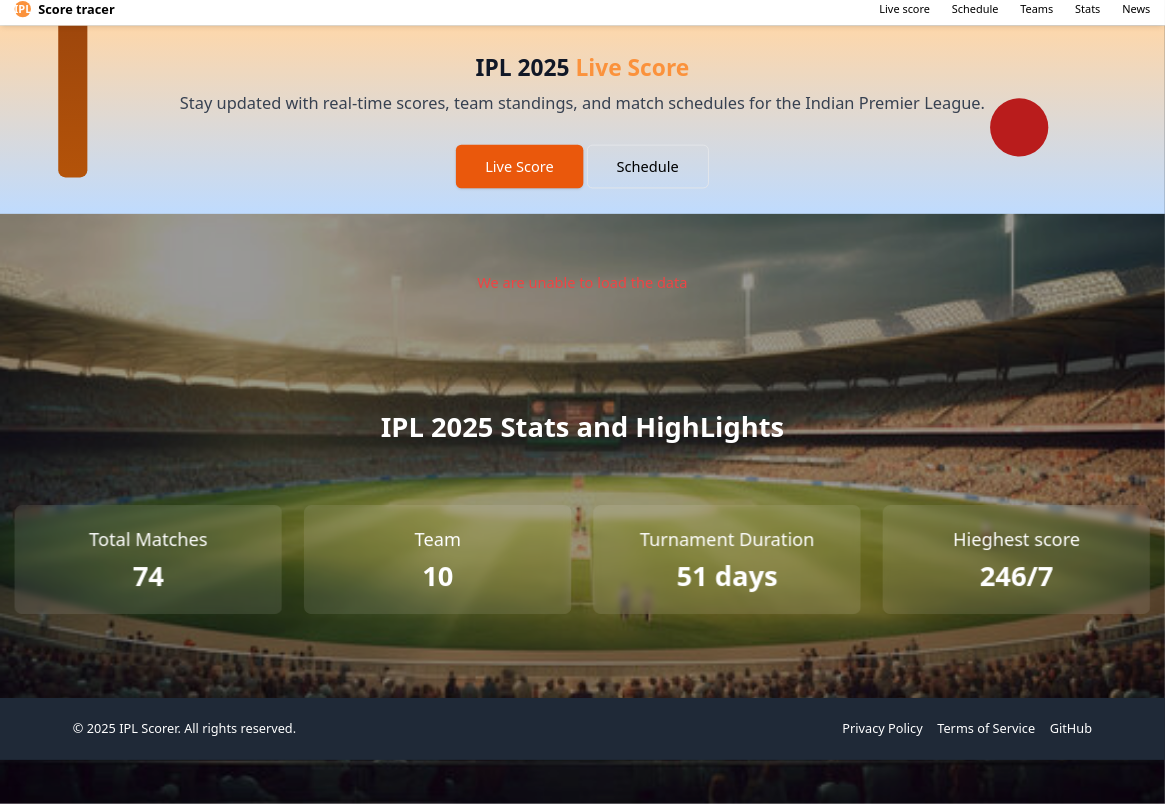
Repository: GauraVPandeyyy/IPL_PointsTable
Page: /
The author's editor kept a copy of each file at every save. The page is drawn from the files as they stood at one save, then again after the next save.
The browser window is 1280 px wide. The pictures show the whole page, at 91% of full size.
The page's requests for data from a server got no answer. Backgrounds fixed to the window are drawn as part of the page. Some web libraries are served in a nearby version. The project was rebuilt for these pictures with package versions that can differ from the ones it lists, and the page was loaded fresh each time. No one was signed in, and anything a server would have sent is missing. Also part of the build but not shown: vite.config.js.

Above is the page before, as saved 2025-04-18 16:05:54.

### index.html
<head>
    <meta charset="utf-8">
    <meta name="viewport" content="width=device-width, initial-scale=1, shrink-to-fit=no">
    <meta name="theme-color" content="#000000">
    <script src="https://cdn.tailwindcss.com"></script>
    <!--
      manifest.json provides metadata used when your web app is added to the
      homescreen on Android. See https://developers.google.com/web/fundamentals/engage-and-retain/web-app-manifest/
    -->


    <!--
      Notice the use of %PUBLIC_URL% in the tags above.
      It will be replaced with the URL of the `public` folder during the build.
      Only files inside the `public` folder can be referenced from the HTML.

      Unlike "/favicon.ico" or "favicon.ico", "%PUBLIC_URL%/favicon.ico" will
      work correctly both with client-side routing and a non-root public URL.
      Learn how to configure a non-root public URL by running `npm run build`.
    -->
    <title>React App</title>
  </head>

  <body>
    <noscript> You need to enable JavaScript to run this app. </noscript>
    <div id="root"></div>
    <!--
      This HTML file is a template.
      If you open it directly in the browser, you will see an empty page.

      You can add webfonts, meta tags, or analytics to this file.
      The build step will place the bundled scripts into the <body> tag.

      To begin the development, run `npm start` or `yarn start`.
      To create a production bundle, use `npm run build` or `yarn build`.
    -->


<script type="module" src="/src/index.jsx"></script></body>

### src/App.jsx
import "./styles.css";
import Header from "./components/Header";
import HomePage from "./page/HomePage";
import { BrowserRouter as Router, Routes, Route } from "react-router-dom";
export default function App() {
  return (
    <Router>
      <Header />
      <div className="flex flex-col min-h-screen">
        <Routes>
          <Route path="/" element={<HomePage />} />
          <Route path="/test" element={<HomePage />} />
        </Routes>
      </div>
    </Router>
  );
}

### src/components/Header.jsx
import React from "react";
import { Link } from "react-router-dom";
import { useState } from "react";
import { Menu, X } from "lucide-react";
export default function Header() {
  const [isopen, setIsOpen] = useState(false);
  const link = [
    { name: "Live score", path: "/live-score" },
    { name: "Schedule", path: "/schedule" },
    { name: "Teams", path: "/teams" },
    { name: "Stats", path: "/stats" },
    { name: "News", path: "/news" },
  ];
  const toggleMenu = () => {
    setIsOpen(!isopen);
  };
  return (
    <div className="sticky h-7 top-0 z-50 bg-white shadow-md">
      <div className="container mx-auto px-4">
        {/* Logo */}
        <div className="flex items-center justify-between h-[20px]">
          <Link className="flex items-center space-x-2">
            <div className="h-[18px] w-[18px] bg-orange-400 rounded-full flex items-center justify-center">
              <span className="text-[12px] text-white font-bold">IPL</span>
            </div>
            <span className="text-black font-bold text-sm">Score tracer</span>
          </Link>

          {/* Desktop */}
          <div className="hidden md:flex space-x-6">
            {link.map((link, index) => (
              <Link
                to={link.path}
                key={index}
                className={`text-[12px] text-black font-medium transition-colors hover:text-orange-600`}
              >
                {link.name}
              </Link>
            ))}
          </div>
          {/* mobile */}
          <button
            className="md:hidden p-2 rounded-md text-gray-700 hover:bg-gray-100"
            onClick={toggleMenu}
          >
            {isopen ? <X size={18} /> : <Menu size={18} />}
          </button>
        </div>

        {/* Mobile navLinks */}
        {isopen && (
          <div className="md:hidden py-4 border-t">
            <div className="flex flex-col space-y-4">
              {link.map((items, index) => (
                <Link
                  key={index}
                  to={link.path}
                  className="text-sm font-medium transition-color hover:text-orange-600"
                >
                  {items.name}
                </Link>
              ))}
            </div>
          </div>
        )}
      </div>
    </div>
  );
}

### src/page/HomePage.jsx
import Hero from "../components/hero";
import TeamStanding from "../components/TeamStanding";
import StatsSection from "../components/StatsSection";
import Footer from "../components/Footer";
export default function HomePage() {
  return (
    <div className="min-h-screen bg-[url('/stadium.jpg')] bg-cover bg-center bg-fixed">
      <div className="min-h-scree bg-black/40">
        <div className="space-y-12 pb-12">
          <div className="bg-opacity-90">
            <Hero />
          </div>

          <div className="bg-opacity-90">
            <TeamStanding />
          </div>

          <div className="bg-opacity-90">
            <StatsSection />
          </div>
          <div className="bg-opacity-90">
            <Footer />
          </div>
        </div>
      </div>
    </div>
  );
}

### src/components/hero.jsx
import { motion } from "framer-motion";
import { useNavigation } from "react-router-dom";
import Button from "./ui/Button";
export default function hero() {
  return (
    <div className="relative overflow-hidden py-[50px] md:py-[28px] bg-gradient-to-b from-orange-200 to-blue-200 ">
      <div className="container mx-auto px-[4px] relative z-10">
        <div className="text-center max-width-3xl mx-auto">
          <div className="text-center text-[30px] md:text-[25px] font-bold text-gray-900 mb-[6px]">
            IPL 2025 <span className="text-orange-400">Live Score</span>
          </div>
          <p className="text-[18px] text-gray-700 mb-8">
            Stay updated with real-time scores, team standings, and match
            schedules for the Indian Premier League.
          </p>

          <div className="flex flex-wrap justify-center gap-[4px]">
            <Button variant="primary" size="lg">
              Live Score
            </Button>

            <Button variant="outline" size="lg">
              Schedule
            </Button>
          </div>
        </div>
      </div>

      {/* Bat */}
      <div className="absolute top-20 right-[10%] w-16 h-16 rounded-full bg-red-700  hidden md:block" />
      <div className="absolute bottom-10 left-[5%] w-8 h-64 bg-gradient-to-b from-amber-800 to-amber-700 rounded-b-lg hidden md:block" />
    </div>
  );
}

### src/components/TeamStanding.jsx
import { useState, useEffect } from "react";
import { getPointsTable } from "../services/api";
import LoadingSpinner from "./ui/Loader";
export default function TeamStanding() {
  const [pointsTable, setPointsTable] = useState([]);
  const [error, setError] = useState(null);
  const [loading, setLoading] = useState(true);

  useEffect(() => {
    const fetchPointsTable = async () => {
      try {
        const data = await getPointsTable();
        setPointsTable(data);
      } catch (err) {
        setError("We are unable to load the data");
      } finally {
        setLoading(false);
      }
    };
    fetchPointsTable();
  }, []);

  if (loading) {
    return (
      <div className="flex items-center justify-center min-h-screen">
        <LoadingSpinner size="lg" />
      </div>
    );
  }

  if (error) {
    return <div className="text-center text-red-500 p-4">{error}</div>;
  }

  return (
    <div className="bg-white rounded-lg shadow-md p-6">
      <h3 className="text-2xl text-bold mb-6">Points Table</h3>

      <div className="overflow-x-auto">
        <table className="min-w-full">
          <thead>
            <tr className="bg-gray-200">
              <th className="px-4 py-3 text-center text-sm text-semibold text-gray-600">
                Team
              </th>
              <th className="px-4 py-3 text-center text-sm text-semibold text-gray-600">
                P
              </th>
              <th className="px-4 py-3 text-center text-sm text-semibold text-gray-600">
                W
              </th>
              <th className="px-4 py-3 text-center text-sm text-semibold text-gray-600">
                L
              </th>
              <th className="px-4 py-3 text-center text-sm text-semibold text-gray-600">
                Points
              </th>
              <th className="px-4 py-3 text-center text-sm text-semibold text-gray-600">
                NRR
              </th>
            </tr>
          </thead>

          <tbody className="divide-y divide-gray-100">
            {pointsTable.map((iteam, index) => (
              <tr
                key={index}
                className={`${
                  index % 2 === 0 ? "bg-white" : "bg-gray-50"
                } hover:bg-gray-50 trtansition-color`}
              >
                <td className="px-4 py-3">
                  <div className="flex items-centerspace-x-3">
                    <img
                      src={iteam.flag}
                      alt={iteam.team}
                      className="w-8 h-8 rounded-full object-contains"
                    />
                  </div>
                </td>

                <td className="px-4 py-3 text-center text-gray-600">
                  {iteam.played}
                </td>
                <td className="px-4 py-3 text-center text-gray-600">
                  {iteam.won}
                </td>
                <td className="px-4 py-3 text-center text-gray-600">
                  {iteam.loss}
                </td>
                <td className="px-4 py-3 text-center text-gray-600">
                  {iteam.points}
                </td>
                <td className="px-4 py-3 text-center text-gray-600">
                  {iteam.nrr}
                </td>
              </tr>
            ))}
          </tbody>
        </table>
      </div>
    </div>
  );
}

### src/components/StatsSection.jsx
"use client";
import { motion } from "framer-motion";
import { Users, Trophy, Calendar, TrendingUp } from "lucide-react";
export default function StatsSection() {
  const stats = [
    { icon: Users, title: "Total Matches", value: "74" },
    { icon: Trophy, title: "Team", value: "10" },
    { icon: Calendar, title: "Turnament Duration", value: "51 days" },
    { icon: TrendingUp, title: "Hieghest score", value: "246/7" },
  ];

  return (
    <div className="py-16 bg-gradient-to-r from-blu-600 to-red-600 text-white">
      <div className="container mx-auto px-4">
        <motion.h2
          className="text-3xl font-bold text-center mb-12"
          initial={{ opacity: 0 }}
          animate={{ opacity: 1 }}
          transition={{ duration: 0.5 }}
        >
          IPL 2025 Stats and HighLights
        </motion.h2>

        <div className="grid grid-cols-1 md:grid-cols-2 lg:grid-cols-4 gap-6">
          {stats.map((items, index) => (
            <motion.div
              key={index}
              className="bg-white/10 backdrop-blur-sm rounded-lg p-6 text-center "
              initial={{ opacity: 0, y: 20 }}
              animate={{ opacity: 1, y: 20 }}
              transition={{ delay: index * 0.1, duration: 0.5 }}
              whileHover={{ y: -5, transition: { duration: 0.2 } }}
            >
              {/* <div className="flex justify-center mb-4">{items.icon}</div> */}
              <h3 className="text-xl font-medium mb-2">{items.title}</h3>
              <p className="text-3xl font-bold">{items.value}</p>
            </motion.div>
          ))}
        </div>
      </div>
    </div>
  );
}

### src/components/Footer.jsx
// src/components/Footer.jsx

export default function Footer() {
    return (
      <footer className="bg-gray-800 text-white py-6 mt-10">
        <div className="max-w-6xl mx-auto px-4 flex flex-col md:flex-row justify-between items-center">
          <p className="text-sm">&copy; {new Date().getFullYear()} IPL Scorer. All rights reserved.</p>
          <div className="flex space-x-4 mt-2 md:mt-0">
            <a href="#" className="text-sm hover:underline">
              Privacy Policy
            </a>
            <a href="#" className="text-sm hover:underline">
              Terms of Service
            </a>
            <a href="https://github.com/" target="_blank" className="text-sm hover:underline">
              GitHub
            </a>
          </div>
        </div>
      </footer>
    );
  }

### src/components/ui/Button.jsx
import { cva } from "class-variance-authority";

const buttonVariants = cva(
  "inline-flex items-center justify-center rounded-md font-medium transition-colors focus-visible:outline-none focus-visible:ring-2 focus-visible:ring-ring disabled:pointer-events-none disabled:opacity-50",
  {
    variants: {
      variant: {
        primary: "bg-orange-600 text-white hover:bg-orange-700 shadow",
        outline:
          "border border-input bg-background hover:bg-accent hover:text-accent-foreground",
      },
      size: {
        default: "h-10 px-4 py-[2px] text-sm",
        sm: "h-8 px-3 text-xs",
        lg: "h-12 px-8 text-base",
        icon: "h-9 w-9",
      },
    },
    defaultVariant: {
      variant: "primary",
      size: "default",
    },
  }
);

const Button = ({
  children,
  variant = "primary",
  size = "default",
  className = "",
  ...props
}) => {
  return (
    <button
      className={`${buttonVariants({ variant, size })}, ${className}`}
      {...props}
    >
      {children}
    </button>
  );
};

export default Button;

### src/services/api.js
import axios from "axios";
const API_URL = "https://cricket-live-line1.p.rapidapi.com";
const HEADERS = {
  "x-rapidapi-key": "bac80db236mshbffb59e3a602917p118b40jsn406a7887a76a",
  "x-rapidapi-host": "cricket-live-line1.p.rapidapi.com",
};

export const getPointsTable = async () => {
  const options = {
    method: "GET",
    url: `${API_URL}/series/336/pointsTable`,
    headers: HEADERS,
  };

  try {
    const response = await axios.request(options);
    console.log("Points table data", response.data);

    if (!response.data?.status || !response.data?.data?.A) {
      throw new Error("Invalid points table data format");
    }

    return response.data.data.A.map((team) => ({
      team: team.teams,
      played: team.P,
      won: team.W,
      loss: team.L,
      points: team.Pts,
      nrr: team.NRR,
      flag: team.flag,
    }));
  } catch (error) {
    console.error("Error fetching the data");
    throw error;
  }
};

### src/components/ui/Loader.jsx
const LoadingSpinner = ({ size = "md", className = "" }) => {
  const sizeClasses = {
    sm: "w-4 h-4",
    md: "w-8 h-8",
    lg: "w-12 h-12",
  };

  return (
    <div className={`${sizeClasses[size]} ${className}`}>
      <svg
        className="animate-spin text-orange-600"
        xmlns="http://www.w3.org/2000/svg"
        fill="none"
        viewBox="0 0 24 24"
      >
        <circle
          className="opacity-25"
          cx="12"
          cy="12"
          r="10"
          stroke="currentColor"
          strokeWidth="4"
        ></circle>
        <path
          className="opacity-75"
          fill="currentColor"
          d="M4 12a8 8 0 018-8V0C5.373 0 0 5.373 0 12h4zm2 5.291A7.962 7.962 0 014 12H0c0 3.042 1.135 5.824 3 7.938l3-2.647z"
        ></path>
      </svg>
    </div>
  );
};

export default LoadingSpinner;

Loaded but not shown: src/index.jsx (common file); src/styles.css (no stored copy; drawn as an empty file)

After the next save:
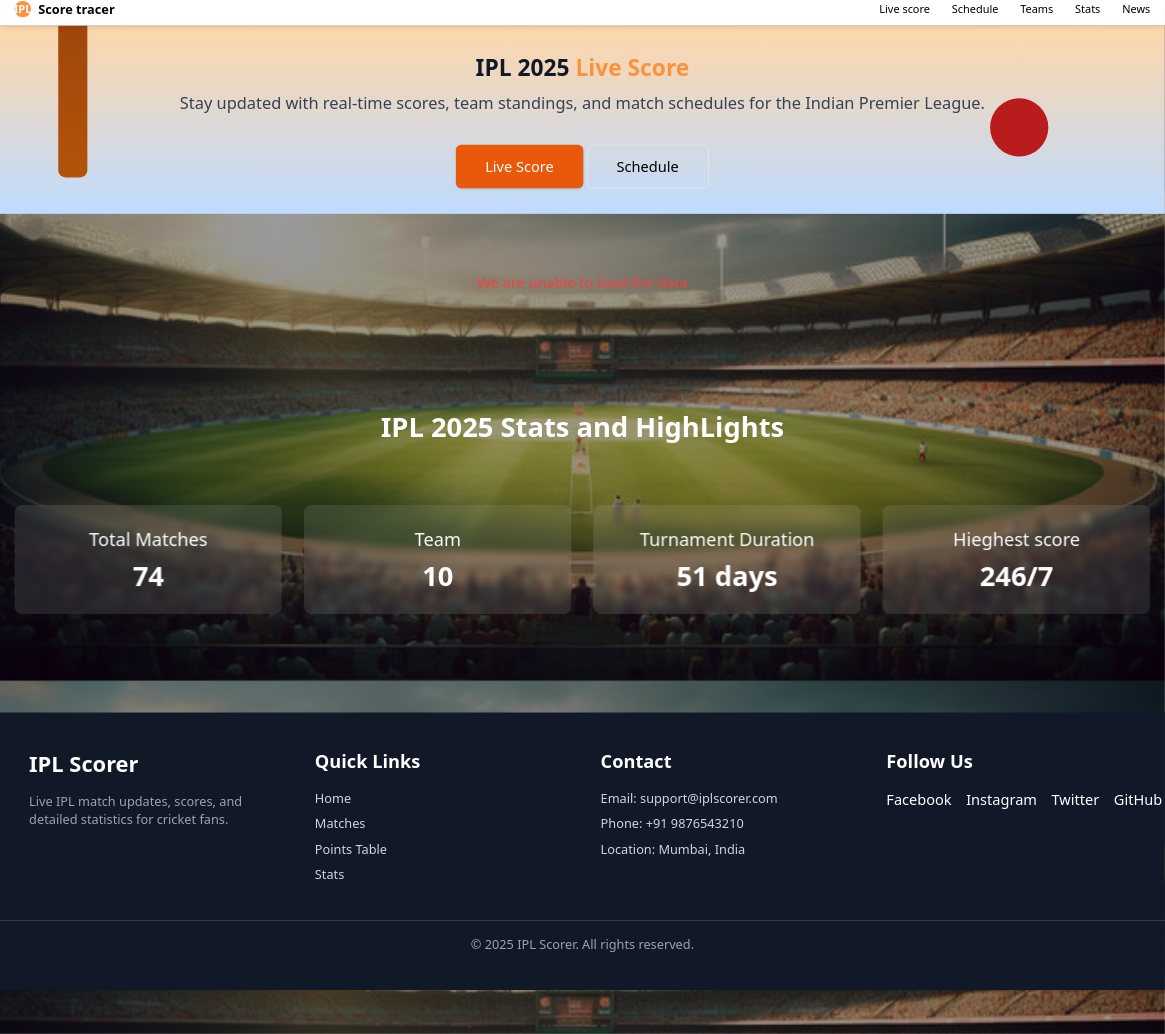
Saved 103 s later.
--- a/src/components/Footer.jsx
+++ b/src/components/Footer.jsx
@@ -1,21 +1,51 @@
 // src/components/Footer.jsx
-
 export default function Footer() {
     return (
-      <footer className="bg-gray-800 text-white py-6 mt-10">
-        <div className="max-w-6xl mx-auto px-4 flex flex-col md:flex-row justify-between items-center">
-          <p className="text-sm">&copy; {new Date().getFullYear()} IPL Scorer. All rights reserved.</p>
-          <div className="flex space-x-4 mt-2 md:mt-0">
-            <a href="#" className="text-sm hover:underline">
-              Privacy Policy
-            </a>
-            <a href="#" className="text-sm hover:underline">
-              Terms of Service
-            </a>
-            <a href="https://github.com/" target="_blank" className="text-sm hover:underline">
-              GitHub
-            </a>
+      <footer className="bg-gray-900 text-white py-10 mt-16">
+        <div className="max-w-7xl mx-auto px-4 sm:px-6 lg:px-8 grid grid-cols-1 md:grid-cols-4 gap-10">
+
+          {/* Logo/Branding */}
+          <div>
+            <h2 className="text-2xl font-bold mb-4">IPL Scorer</h2>
+            <p className="text-gray-400 text-sm">
+              Live IPL match updates, scores, and detailed statistics for cricket fans.
+            </p>
           </div>
+
+          {/* Navigation */}
+          <div>
+            <h3 className="text-xl font-semibold mb-4">Quick Links</h3>
+            <ul className="space-y-2 text-sm text-gray-300">
+              <li><a href="#" className="hover:underline">Home</a></li>
+              <li><a href="#" className="hover:underline">Matches</a></li>
+              <li><a href="#" className="hover:underline">Points Table</a></li>
+              <li><a href="#" className="hover:underline">Stats</a></li>
+            </ul>
+          </div>
+
+          {/* Contact Info */}
+          <div>
+            <h3 className="text-xl font-semibold mb-4">Contact</h3>
+            <p className="text-gray-300 text-sm mb-2">Email: <a href="mailto:support@iplscorer.com" className="hover:underline">support@iplscorer.com</a></p>
+            <p className="text-gray-300 text-sm mb-2">Phone: +91 9876543210</p>
+            <p className="text-gray-300 text-sm">Location: Mumbai, India</p>
+          </div>
+
+          {/* Social Links */}
+          <div>
+            <h3 className="text-xl font-semibold mb-4">Follow Us</h3>
+            <div className="flex space-x-4">
+              <a href="#" className="hover:text-blue-400 transition-colors">Facebook</a>
+              <a href="#" className="hover:text-pink-400 transition-colors">Instagram</a>
+              <a href="#" className="hover:text-blue-300 transition-colors">Twitter</a>
+              <a href="#" className="hover:text-gray-300 transition-colors">GitHub</a>
+            </div>
+          </div>
+        </div>
+
+        {/* Copyright */}
+        <div className="mt-10 border-t border-gray-700 pt-4 text-center text-sm text-gray-400">
+          &copy; {new Date().getFullYear()} IPL Scorer. All rights reserved.
         </div>
       </footer>
     );
